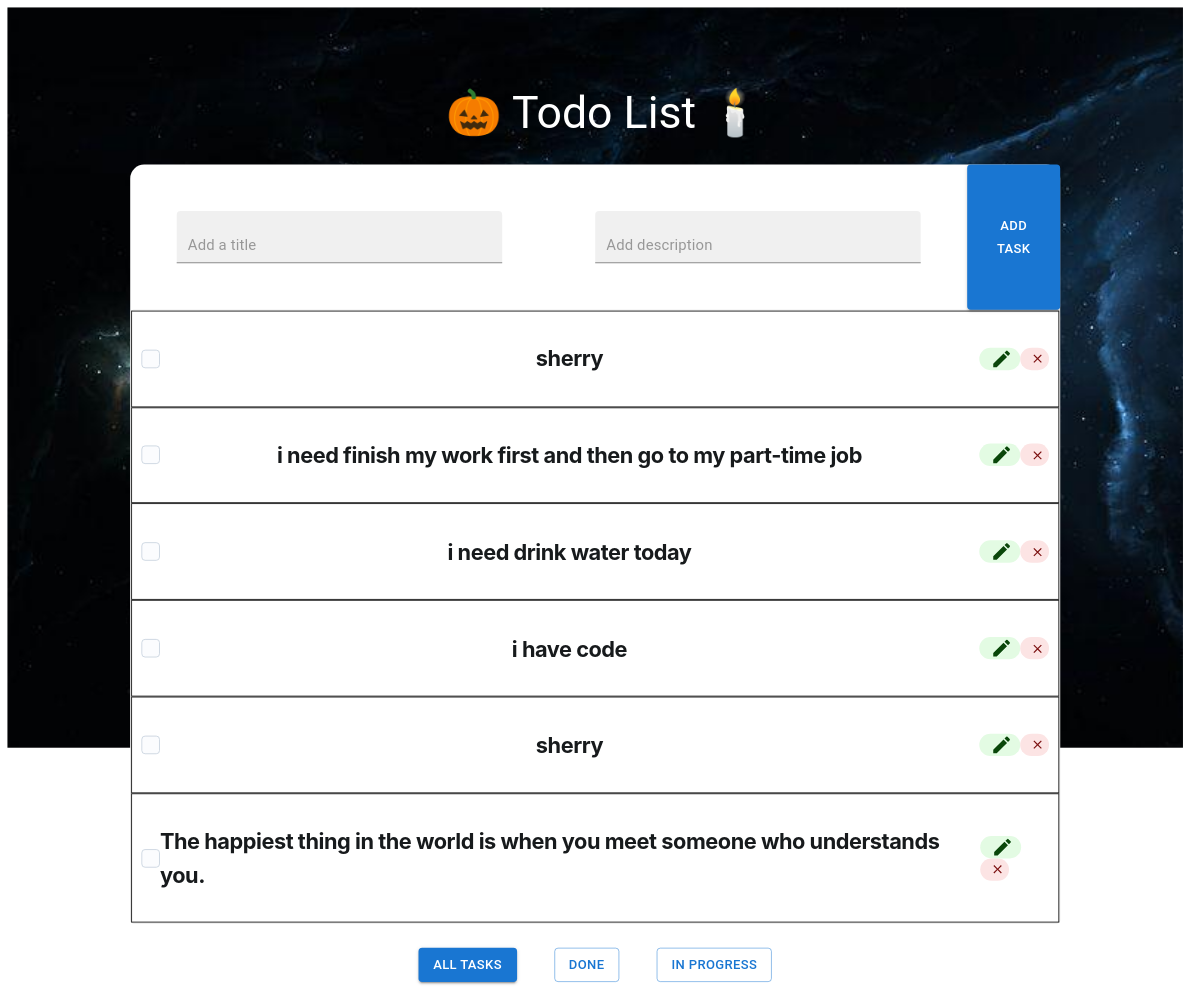
Repository: Tracy-maker/TodoList
Page: /
These files come from the project's save history. The page is drawn as it stood at one moment and after the next save; the edit follows.
The browser window is 1280 px wide. The page is 1292 px wide, so the pictures cover 1292 px, including what lies to the right of the window. The pictures show the whole page, at 93% of full size.
The project was rebuilt for these pictures with package versions that can differ from the ones it lists, and the page was loaded fresh each time. Requests to the local data server were answered from the project's data file. Also part of the build but not shown: src/components/TaskEdit.js.

Above is the page before, as saved 2023-09-20 12:10:57.

### public/index.html
<!DOCTYPE html>
<html lang="en">
  <head>
    <meta charset="utf-8" />
    <link rel="icon" href="%PUBLIC_URL%/favicon.ico" />
    <meta name="viewport" content="width=device-width, initial-scale=1" />
    <meta name="theme-color" content="#000000" />
    <meta
      name="description"
      content="Web site created using create-react-app"
    />
    <link rel="apple-touch-icon" href="%PUBLIC_URL%/logo192.png" />
    <!--
      manifest.json provides metadata used when your web app is installed on a
      user's mobile device or desktop. See https://developers.google.com/web/fundamentals/web-app-manifest/
    -->
    <link rel="manifest" href="%PUBLIC_URL%/manifest.json" />
    <link href="https://fonts.googleapis.com/css2?family=Montserrat:wght@300;400;500&amp;display=swap" rel="stylesheet">
    <!--
      Notice the use of %PUBLIC_URL% in the tags above.
      It will be replaced with the URL of the `public` folder during the build.
      Only files inside the `public` folder can be referenced from the HTML.

      Unlike "/favicon.ico" or "favicon.ico", "%PUBLIC_URL%/favicon.ico" will
      work correctly both with client-side routing and a non-root public URL.
      Learn how to configure a non-root public URL by running `npm run build`.
    -->
    <title>React App</title>
  </head>
  <body>
    <noscript>You need to enable JavaScript to run this app.</noscript>
    <div id="root"></div>
    <!--
      This HTML file is a template.
      If you open it directly in the browser, you will see an empty page.

      You can add webfonts, meta tags, or analytics to this file.
      The build step will place the bundled scripts into the <body> tag.

      To begin the development, run `npm start` or `yarn start`.
      To create a production bundle, use `npm run build` or `yarn build`.
    -->
  </body>
</html>

### src/App.js
import { useState, useEffect } from "react";
import axios from "axios";
import CreateTask from "./components/CreateTask";
import TaskList from "./components/TaskList";
import { Box, Stack } from "@mui/material";
import styled from "styled-components";
import Typography from "@mui/material/Typography";
import TaskButton from "./components/TaskButton";
import Image1 from "./image/7.jpg";

const StyledContainer = styled(Stack)`
  height: 100vh;
  width: 100%;
  display: flex;
  align-items: stretch;
  padding-top: 6%;
  background-image: url(${Image1});
  background-size: cover;
  background-repeat: no-repeat;
`;

const TaskForm = styled(Box)`
  margin-left: auto;
  margin-right: auto;
  width: 1000px;
  background-color: white;
  border-radius: 15px;
  @media (max-width: 768px) {
    width: 100%;
  }
`;
const Title = styled(Typography)`
  color: white;
  margin: auto;
  width: 100%;
  padding: 10px;
  text-align: center;
`;

function App() {
  const [tasks, setTasks] = useState([]);
  const [filter, setFilter] = useState("all");

  const fetchTask = async () => {
    const response = await axios.get("http://localhost:3001/tasks");
    setTasks(response.data);
  };

  useEffect(() => {
    fetchTask();
  }, []);

  const createTask = async (title) => {
    const response = await axios.post("http://localhost:3001/tasks", {
      title,
      status: "inProgress",
    });
    const updatedTasks = [...tasks, response.data];
    setTasks(updatedTasks);
  };

  const deleteTasksById = async (id) => {
    await axios.delete(`http://localhost:3001/tasks/${id}`);
    const updatedTasks = tasks.filter((task) => {
      return task.id !== id;
    });
    setTasks(updatedTasks);
  };

  const editTaskById = async (id, newTitle) => {
    const response = await axios.put(`http://localhost:3001/tasks/${id}`, {
      title: newTitle,
    });

    const updatedTasks = tasks.map((task) => {
      if (task.id === id) {
        return {
          ...task,
          ...response.data,
        };
      }
      return tasks;
    });
    setTasks(updatedTasks);
  };

  const handleFilterTasks = (filter) => {
    setFilter(filter);
  };

  let filteredTasks = tasks;
  if (filter !== "all") {
    filteredTasks = tasks.filter((task) => task.status === filter);
  }

  const toggleCheckedBoxById = (id) => {
    const updatedTasks = tasks.map((task) => {
      if (task.id === id) {
        let nextStatus;
        if (task.status === "done") {
          nextStatus = "inProgress";
        } else {
          nextStatus = "done";
        }
        return {
          ...task,
          status: nextStatus,
        };
      }
      return task;
    });
    setTasks(updatedTasks);
  };

  return (
    <StyledContainer>
      <Title variant="h3" gutterBottom>
        🎃 Todo List 🕯️
      </Title>
      <TaskForm>
        <CreateTask onCreate={createTask} />
        <TaskList
          toggleCheckedBoxById={toggleCheckedBoxById}
          tasks={filteredTasks}
          onDelete={deleteTasksById}
          onEdit={editTaskById}
        />
        <TaskButton defaultValue={filter} onFilterChange={handleFilterTasks} />
      </TaskForm>
    </StyledContainer>
  );
}
export default App;

### src/components/CreateTask.js
import * as React from "react";
import Stack from "@mui/material/Stack";
import TextField from "@mui/material/TextField";
import Button from "@mui/material/Button";
import { useState } from "react";
import { styled } from "@mui/material";

const Input = styled(TextField)`
  padding: 5%;
  width: 65%;
`;

const AddButton = styled(Button)`
  padding: 5%;
  width:60px
`;

function CreateTask(props) {
  const [title, setTitle] = useState("");

  const handleChange = (event) => {
    setTitle(event.target.value);
  };

  const handleSubmit = (event) => {
    event.preventDefault();
    if (title.trim() !== "") {
      props.onCreate(title);
      setTitle("");
    }
  };

  return (
    <Stack onSubmit={handleSubmit} component="form" direction="row">
      <Input
        value={title}
        onChange={handleChange}
        placeholder="Add a title"
        variant="filled"
      />
      <Input
        value={title}
        onChange={handleChange}
        placeholder="Add description"
        variant="filled"
      />
      <AddButton type="submit" variant="contained">
        Add Task
      </AddButton>
    </Stack>
  );
}

export default CreateTask;

### src/components/TaskList.js
import * as React from "react";
import { Paper, Box } from "@mui/material";
import TaskShow from "./TaskShow";



function TaskList(props) {

  const renderedTasksList = props.tasks.map((task) => {
    return (
      <TaskShow
        key={task.id}
        task={task}
        onDelete={props.onDelete}
        onEdit={props.onEdit}
        toggleCheckedBoxById={props.toggleCheckedBoxById}
      />
    );
  });

  return (
    <Box mb={2}>
      <Paper variant="outlined">{renderedTasksList}</Paper>
    </Box>
  );
}
export default TaskList;

### src/components/TaskButton.js
import * as React from "react";
import { Box, Button } from "@mui/material";
import styled from "styled-components";

const ButtonNavigationBar = styled(Box)`
  display: flex;
  justify-content: center;
  gap: 40px;
  padding: 10px;
`;

function TaskButton(props) {
  return (
    <ButtonNavigationBar>
      <Button
        variant={props.defaultValue === "all" ? "contained" : "outlined"}
        onClick={() => props.onFilterChange("all")}
      >
        All Tasks
      </Button>
      <Button
        variant={props.defaultValue === "done" ? "contained" : "outlined"}
        onClick={() => props.onFilterChange("done")}
      >
        Done
      </Button>
      <Button
        variant={props.defaultValue === "inProgress" ? "contained" : "outlined"}
        onClick={() => props.onFilterChange("inProgress")}
      >
        In Progress
      </Button>
    </ButtonNavigationBar>
  );
}
export default TaskButton;

### src/components/TaskShow.js
import * as React from "react";
import { useState } from "react";
import Typography from "@mui/joy/Typography";
import Checkbox from "@mui/joy/Checkbox";
import Chip from "@mui/joy/Chip";
import ChipDelete from "@mui/joy/ChipDelete";
import styled from "styled-components";
import { Box } from "@mui/material";
import EditIcon from "@mui/icons-material/Edit";
import TaskEdit from "./TaskEdit";

const TaskItem = styled(Box)`
  display: flex;
  justify-content: space-between;
  align-items: center;
  padding: 10px;
  border-style: solid;
  border-width: 1px;
`;

const Title = styled(Typography)`
  text-decoration: ${({ isDeleted }) => (isDeleted ? "line-through" : "none")};
`;

function TaskShow(props) {
  const [showEdit, setShowEdit] = useState(false);

  const handleEdit = () => {
    setShowEdit(!showEdit);
  };

  const handleSubmit = (id, newTitle) => {
    setShowEdit(false);
    props.onEdit(id, newTitle);
  };

  let content = <h3>{props.task.title}</h3>;
  if (showEdit) {
    content = <TaskEdit onSubmit={handleSubmit} task={props.task} />;
  }

  const handleDelete = () => {
    props.onDelete(props.task.id);
  };

  const handleCheckboxChange = () => {
    props.toggleCheckedBoxById(props.task.id);
  };

  return (
    <TaskItem>
      <Checkbox
        checked={props.task.status === "done"}
        onChange={handleCheckboxChange}
      />
      <Title isDeleted={props.task.status === "done"} level="h4">
        {content}
      </Title>
      <Box>
        <Chip
          variant="soft"
          color="success"
          onClick={handleEdit}
          endDecorator={<EditIcon />}
        />

        <Chip
          variant="soft"
          color="danger"
          endDecorator={<ChipDelete onClick={handleDelete} />}
        />
      </Box>
    </TaskItem>
  );
}

export default TaskShow;

### db.json
{
  "tasks": [
    {
      "title": "sherry",
      "status": "inProgress",
      "id": 1
    },
    {
      "title": "i need finish my work first and then go to my part-time job",
      "status": "inProgress",
      "id": 2
    },
    {
      "title": "i need drink water today",
      "status": "inProgress",
      "id": 3
    },
    {
      "title": "i have code",
      "status": "inProgress",
      "id": 4
    },
    {
      "title": "sherry",
      "status": "inProgress",
      "id": 5
    },
    {
      "title": "The happiest thing in the world is when you meet someone who understands you.",
      "status": "inProgress",
      "id": 6
    }
  ]
}

Loaded but not shown: src/index.js (common file)

After the next save:
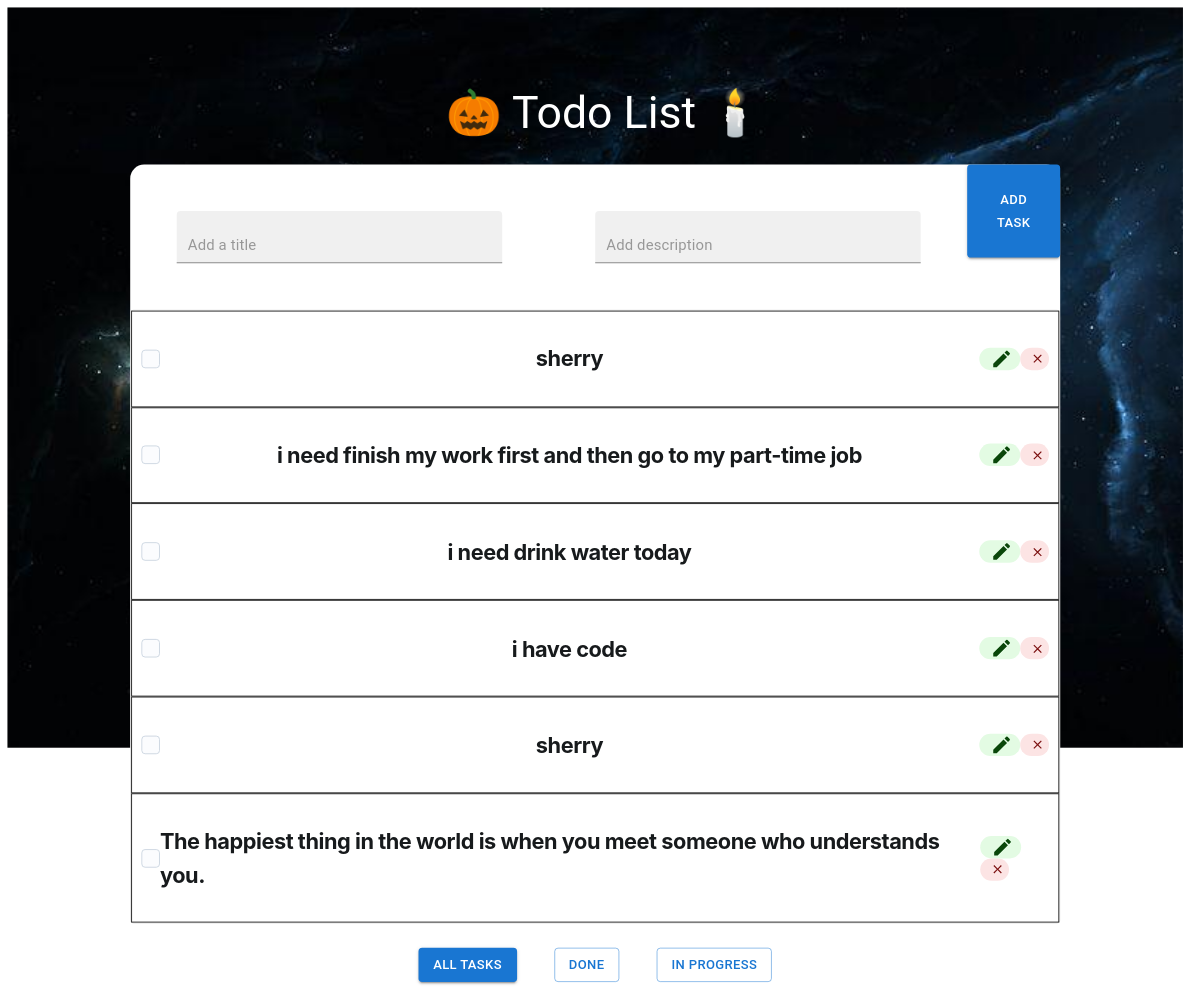
Saved 15 s later.
--- a/src/components/CreateTask.js
+++ b/src/components/CreateTask.js
@@ -12,7 +12,8 @@ const Input = styled(TextField)`
 
 const AddButton = styled(Button)`
   padding: 5%;
-  width:60px
+  width:60px;
+  height:60px
 `;
 
 function CreateTask(props) {
